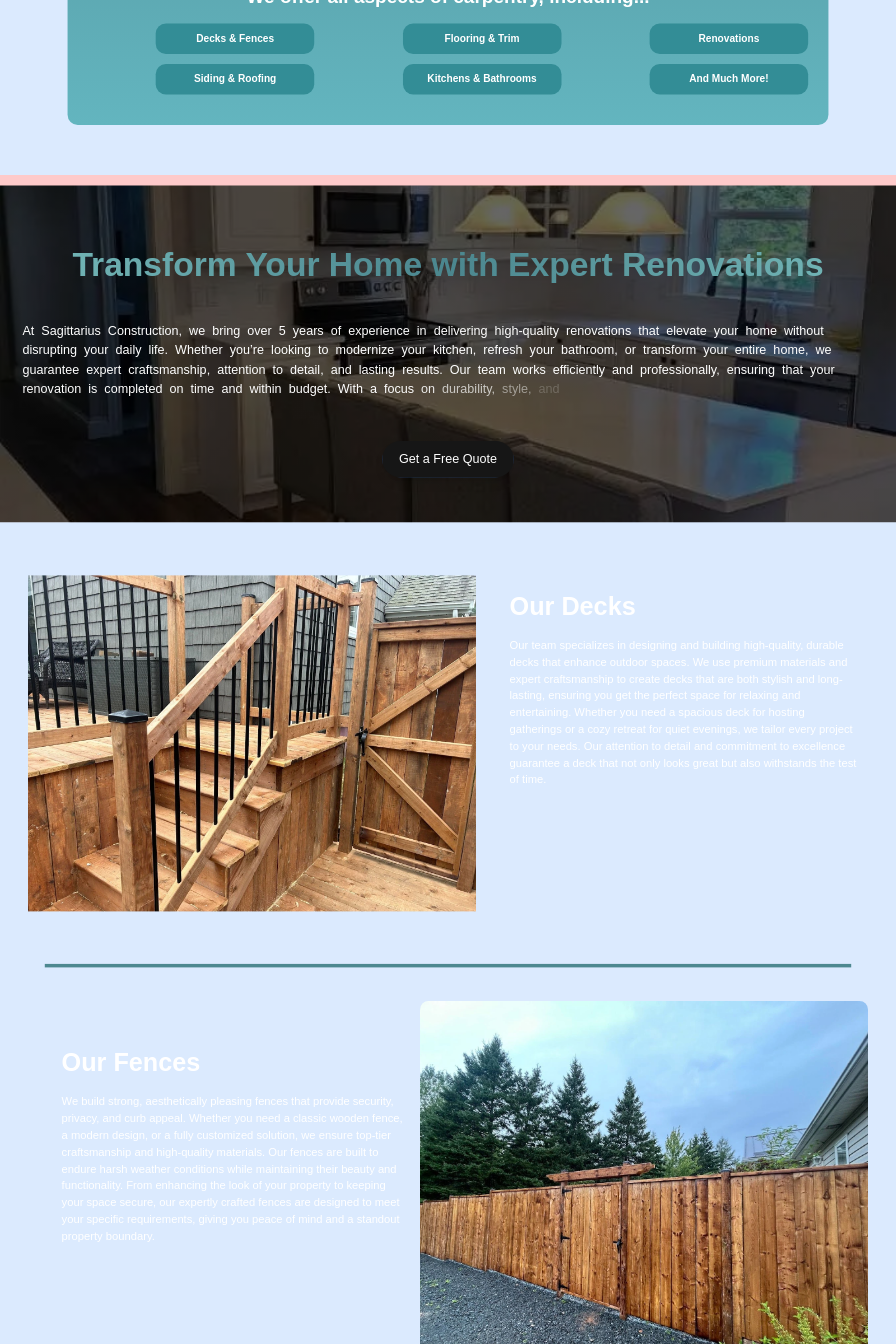
Repository: TMuse333/sagittarius
Page: / (app in frontend/)
The author's editor kept a copy of each file at every save. The page is drawn from the files as they stood at one save, then again after a run of saves.
The browser window is 1280 px wide. The pictures show the part of the page from y = 1390 to 3310 px (the page is 9857 px tall before and 9859 px after), at 70% of full size.
The project was rebuilt for these pictures with package versions that can differ from the ones it lists, and the page was loaded fresh each time. The framework's server and built-in components were replaced by stand-ins that run in the browser. Also part of the build but not shown: frontend/next.config.ts.

Above is the page before, as saved 2025-03-17 19:41:39.

After the next 4 saves:
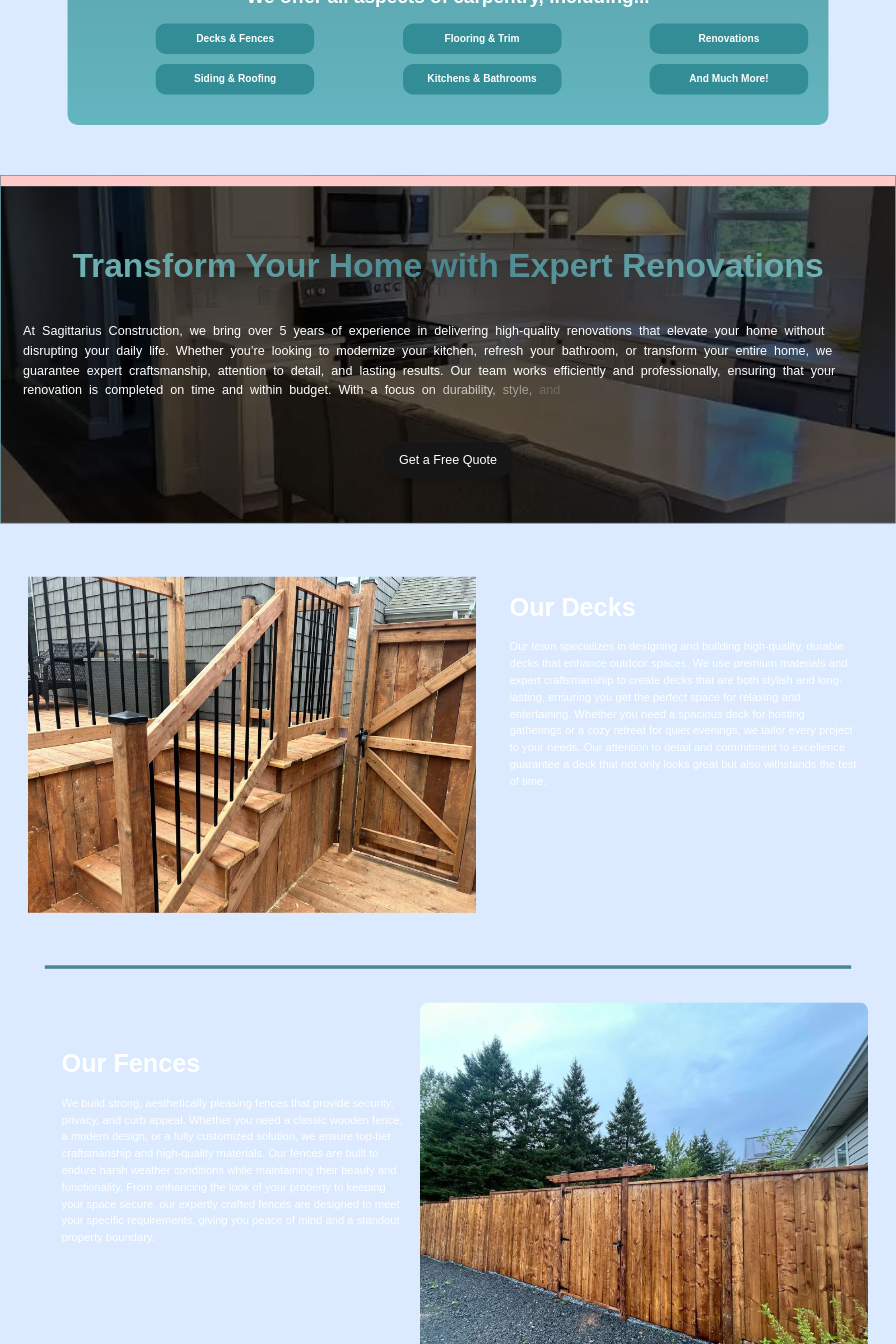
The 4 saves are shown as one change because they came seconds apart.
The last was saved 20 s later.
--- a/frontend/src/components/verticalImageText/verticalImageText.tsx
+++ b/frontend/src/components/verticalImageText/verticalImageText.tsx
@@ -113,7 +113,7 @@
 
   return (
     <section ref={scope} className=" relative
-    z-[1]
+    z-[1] border border-[#4D8890]
     py-8
    "
    style={{
